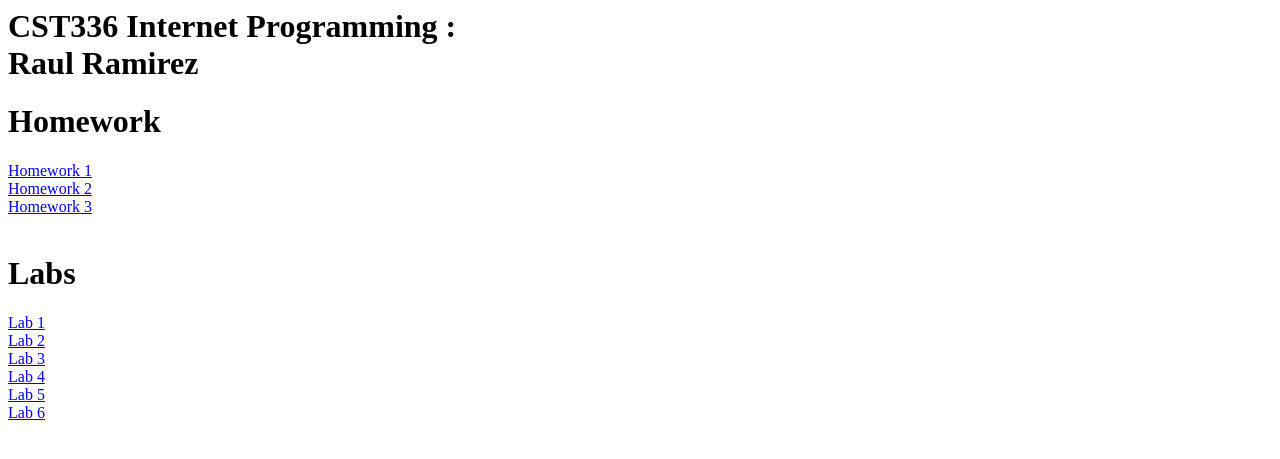
Repository: granolavsraosins/CST336
Page: http://localhost/
The author's editor kept a record of every edit. The page is drawn from the files as they stood at one moment, then again after the next edit.
The browser window is 1280 px wide. The pictures show the whole page.
The page is run by PHP 8.4 with error messages shown; the project is at /var/www/html/.

Above is the page before.

### cst336raulramirez/index.php
<html>
    <body>
<?php
    echo "<h1>CST336 Internet Programming : <br>Raul Ramirez </h1>";
?>
<h1> Homework </h1>
<a href="hw/hw1/summary.html"> Homework 1</a>
<br />
<a href="hw/hw2/main.php"> Homework 2</a>
<br>
<a href="hw/hw3/main.php"> Homework 3</a>
<br /> <br />

<h1> Labs </h1>
<a href="labs/lab1/"> Lab 1 </a>
<br />

<a href="labs/777/index.php"> Lab 2</a>
<br>

<a href="labs/Slider/index.php"> Lab 3</a>
<br>

<a href="labs/scart/index.php"> Lab 4</a>
<br>

<a href="labs/lab5/index.php"> Lab 5</a>
<br>

<a href="labs/lab6/login.php"> Lab 6</a>
<br>

</body>
</html>

After the next edit:
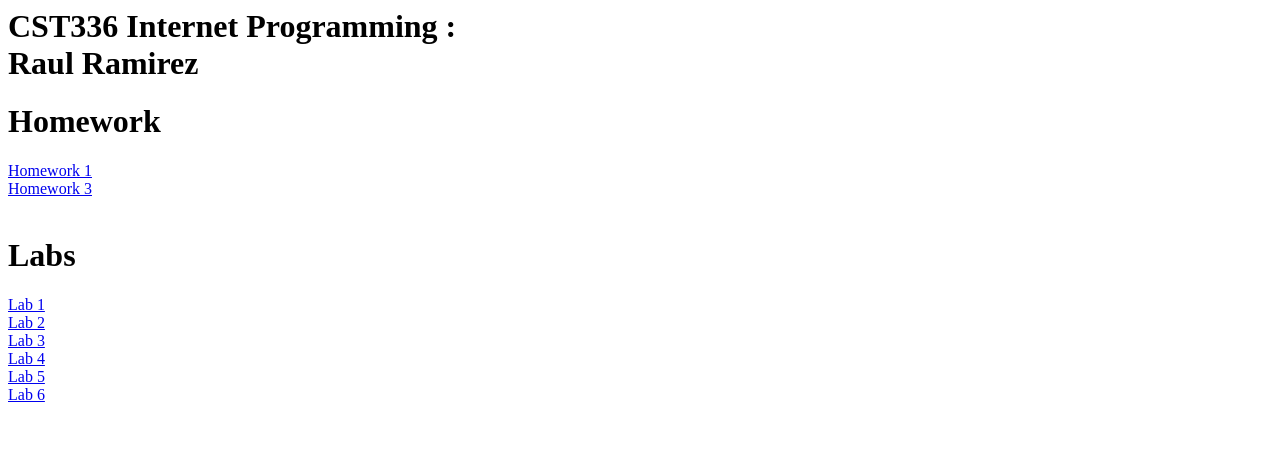
The edit:
--- a/cst336raulramirez/index.php
+++ b/cst336raulramirez/index.php
@@ -6,8 +6,6 @@
 <h1> Homework </h1>
 <a href="hw/hw1/summary.html"> Homework 1</a>
 <br />
-<a href="hw/hw2/main.php"> Homework 2</a>
-<br>
 <a href="hw/hw3/main.php"> Homework 3</a>
 <br /> <br />
 
